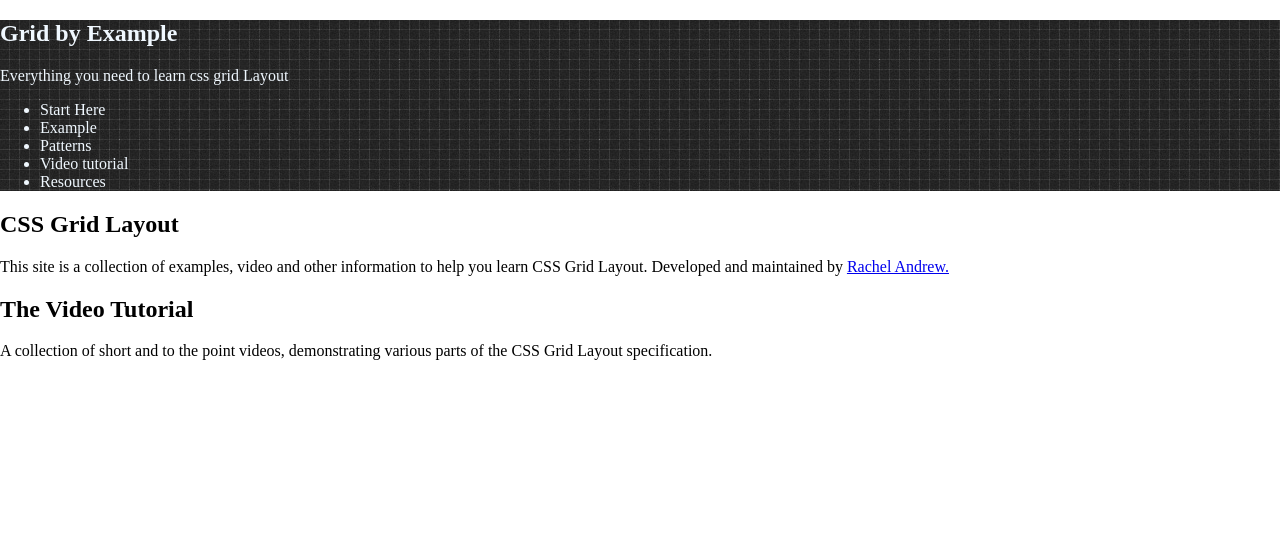
Repository: sitikhusushan/grid
Page: index.html
These files come from the project's save history. The page is drawn as it stood at one moment and after the next save; the edit follows.
The browser window is 1280 px wide. The pictures show the whole page.

Above is the page before, as saved 2020-05-12 11:17:21.

### index.html
<!DOCTYPE html>
<html lang="en">
  <head>
    <meta charset="UTF-8" />
    <meta name="viewport" content="width=device-width, initial-scale=1.0" />
    <title>Grid View</title>
    <link rel="stylesheet" href="style.css" />
  </head>
  <body>
    <div class="header">
      <div class="container">
        <h2>Grid by Example</h2>
        <p>Everything you need to learn css grid Layout</p>
        <ul>
          <li>Start Here</li>
          <li>Example</li>
          <li>Patterns</li>
          <li>Video tutorial</li>
          <li>Resources</li>
        </ul>
      </div>
    </div>
    <div class="layout">
      <div class="container">
        <div class="left">
          <h2>CSS Grid Layout</h2>
          <p>
            This site is a collection of examples, video and other information
            to help you learn CSS Grid Layout. Developed and maintained by
            <a href="#">Rachel Andrew.</a>
          </p>
        </div>
        <div class="right">
          <h2>The Video Tutorial</h2>
          <p>
            A collection of short and to the point videos, demonstrating various
            parts of the CSS Grid Layout specification.
          </p>
        </div>
      </div>
    </div>
  </body>
</html>

### style.css
body {
  padding: 0px;
  margin: 0px;
}

.header {
  background-image: url("image/inflicted.png");
  color: aliceblue;
}

After the next save:
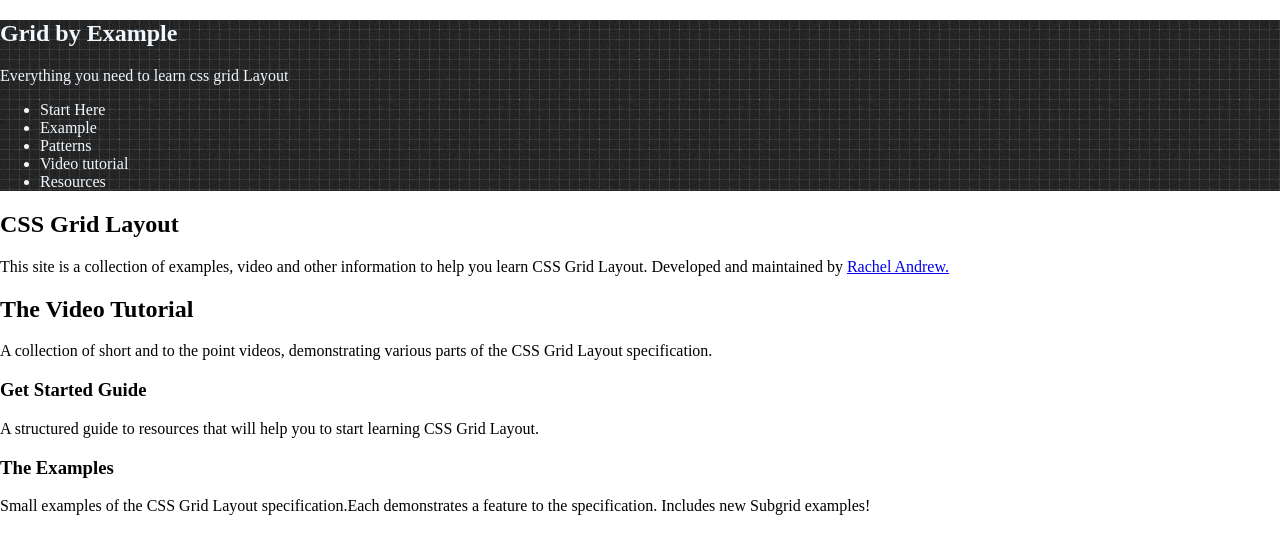
Saved 7 min 26 s later.
--- a/index.html
+++ b/index.html
@@ -39,5 +39,26 @@
         </div>
       </div>
     </div>
+    <div class="guide">
+      <div class="container">
+        <h3>Get Started Guide</h3>
+        <p>
+          A structured guide to resources that will help you to start learning
+          CSS Grid Layout.
+        </p>
+      </div>
+    </div>
+    <div class="new">
+      <div class="container">
+        <div class="left">
+          <h3>The Examples</h3>
+          <p>
+            Small examples of the CSS Grid Layout specification.Each
+            demonstrates a feature to the specification. Includes new Subgrid
+            examples!
+          </p>
+        </div>
+      </div>
+    </div>
   </body>
 </html>
